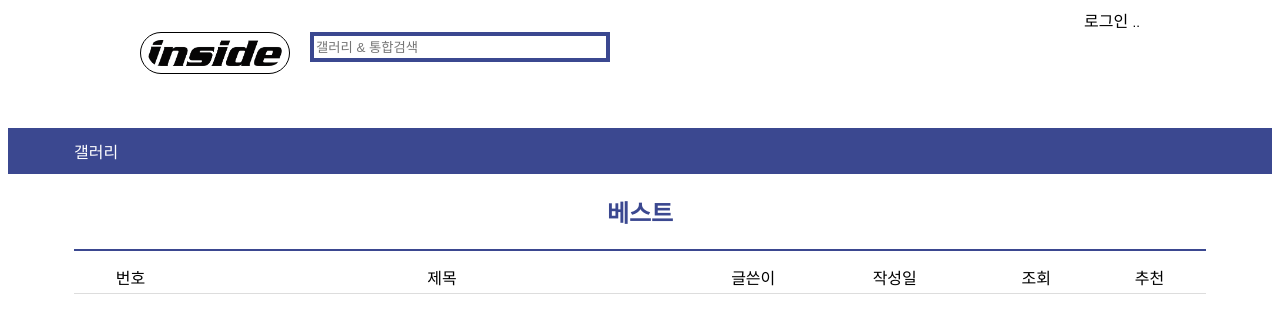
Repository: inhoo123/backup
Page: http://localhost/community-inside/index
The author's editor kept a copy of each file at every save. The page is drawn from the files as they stood at one save, then again after the next save.
The browser window is 1280 px wide. The pictures show the whole page.
Some web fonts or font styles are not loaded; a fallback is used. The page is served by Tomcat 10. Other server files are loaded and not shown.

Above is the page before, as saved 2024-06-27 02:30:27.

### web-workspace/community-inside/src/main/webapp/WEB-INF/view/index.jsp
<%@ page language="java" contentType="text/html; charset=UTF-8"
	pageEncoding="UTF-8"%>
<%@ page trimDirectiveWhitespaces="true"%>
<%@ taglib prefix="c" uri="http://java.sun.com/jsp/jstl/core"%>
<!DOCTYPE html>
<html>
<head>
<meta charset="UTF-8">
<title>${category}갤러리</title>
<link rel="stylesheet"
	href="${pageContext.servletContext.contextPath }/css/style.css?<%=System.currentTimeMillis() %>" />
</head>
<body>

	<%@ include file="/WEB-INF/view/common/header.jsp"%>
	<div class="container px-1"></div>
	<div class="container px-1">
		<div style="text-align: center;">
			<h2 style="color: #3b4890; font-weight: 700;">베스트</h2>
			<div style="margin-top: 10px; text-align: right;">


			</div>
			<table class="default-table">
				<thead>
					<tr class="border-bottom">
					<hr width = "100%" color = "#3b4890" size = "2">
						<th style="width: 10%">번호</th>
						<th>제목</th>
						<th style="width: 10%">글쓴이</th>
						<th style="width: 15%">작성일</th>
						<th style="width: 10%">조회</th>
						<th style="width: 10%">추천</th>

					</tr>
				</thead>
				<tbody>
					<div>
						<c:forEach items="${post}" var="one" >
							<tr style="border-bottom: 1px solid #ddd; height: 30px;">


								<td><a
									href="${pageContext.servletContext.contextPath }/posts/view?no=${one.no}"
									class="no-deco-link">${one.no } </a></td>
								<td><a
									href="${pageContext.servletContext.contextPath }/posts/view?no=${one.no}"
									class="no-deco-link">${one.title } </a></td>
								<td class="text-center">${one.writerId}</td>
								<td class="text-center">${one.writedAt}</td>
								<td class="text-center">${one.viewCount}</td>
								<td class="text-center">${one.likes}</td>


							</tr>
						</c:forEach>
					</div>
				</tbody>

			</table>
			<div style="text-align: center; margin-top: 30px">
				<c:forEach begin="1" end="${totalPages }" var="i">
					<c:choose>
						<c:when test="${i == currentPage }">
							<b style="color: red">${i }</b>
						</c:when>
						<c:otherwise>
							<a
								href="${pageContext.servletContext.contextPath }/index?p=${i}">${i }</a>
						</c:otherwise>
					</c:choose>
				</c:forEach>
			</div>

		</div>
	</div>

</body>
</html>

### web-workspace/community-inside/src/main/webapp/WEB-INF/view/common/header.jsp
<%@ page language="java" contentType="text/html; charset=UTF-8"
	pageEncoding="UTF-8"%>
<%@ taglib prefix="c" uri="http://java.sun.com/jsp/jstl/core"%>

<div class="dchead">

	<!-- links -->
	<div style="display: flex; justify-content: flex-end; gap: 2px;">
		<c:choose>
			<c:when test="${sessionScope.authUser == null }">
				<div>
					<a href="${pageContext.servletContext.contextPath }/login"
						>로그인 <small>..</small></a>
				</div>
			</c:when>
			<c:otherwise>
				<div>
					<a href="${pageContext.servletContext.contextPath }/login"
						> ${sessionScope.authUser.name }님 </a> <a
						href="${pageContext.servletContext.contextPath }/login"
						> 로그아웃</a>
				</div>
			</c:otherwise>
		</c:choose>
	</div>
	<!-- logo & searchbar -->
	<div
		style="display: flex;  gap: 20px;">

		<a href="${pageContext.servletContext.contextPath }/index"> <img
			src="${pageContext.servletContext.contextPath }/image/inside.png"
			style="border: 1px solid black; padding: 7px; width: 150px; background-color: white; border-radius: 32px;" />
		</a>
		<div >
					<form action="${pageContext.servletContext.contextPath }/search/view">
						<input class="search" type="text" placeholder="갤러리 & 통합검색" name="q"
							style="width: 300px;" value="${param.q }" />
					</form>
		</div>


	</div>
</div>
<!-- 네비게이션 -->
<div class="gnb_bar">
<div class="container px-1">
<div style="text-align: left;">
	<a href="${pageContext.servletContext.contextPath }/list"
		><span style="color:white;  font-weight: 550;">갤러리</span></a>
		</div>
		</div>
</div>

### web-workspace/community-inside/src/main/java/controller/IndexController.java
package controller;

import java.io.IOException;

import jakarta.servlet.ServletException;
import jakarta.servlet.annotation.WebServlet;
import jakarta.servlet.http.HttpServlet;
import jakarta.servlet.http.HttpServletRequest;
import jakarta.servlet.http.HttpServletResponse;
import model.dao.PostDao;
import model.vo.Post;

@WebServlet("/index")
public class IndexController extends HttpServlet {
	@Override
	protected void doGet(HttpServletRequest request, HttpServletResponse response)
			throws ServletException, IOException {

		try {
			// =======================카테고리=======================================

//			PostDao postDao = new PostDao();
//			Post categorys = (Post) postDao.findByCategroyPosts(category);
//			request.setAttribute("categorys", categorys);
//			// =======================================================================
				request.getRequestDispatcher("/WEB-INF/view/index.jsp").forward(request, response);


		} catch (Exception e) {
			e.printStackTrace();
		}
	}
}

### web-workspace/community-inside/src/main/webapp/css/style.css
@charset "UTF-8";

@import
	url('https://fonts.googleapis.com/css2?family=Nanum+Gothic&display=swap');

* {
	font-family: "Nanum Gothic", sans-serif;
  font-weight: 400;
  font-style: normal;
  box-sizing: border-box;
}

h1, h2, h3, h4, h5, h6 {
	font-weight: lighter;
}

.gnb_bar2 {
    position: relative;
    min-width: 1050px;
    background-color: #3b4890;
    border: 1px solid #3b4890;
    border-width: 1px 0 1px 0;
    padding: 10px;
}

.top{
	padding-top:100px;

}

.aa{
    font-size: 12px;
    font-family: -apple-system,BlinkMacSystemFont,"Apple SD Gothic Neo","Malgun Gothic","맑은 고딕",arial,Dotum,돋움,sans-serif;
    margin: 0;
    padding: 0;
    vertical-align: baseline;
    background: transparent;
    font-style: normal;
    position: relative;
    min-width: 1050px;
    background-color: #3b4890;
    border: 1px solid #3b4890;
    border-width: 1px 0 1px 0;
}
.gnb_bar {
    position: relative;
    min-width: 1050px;
    background-color: #3b4890;
    border: 1px solid #3b4890;
    border-width: 1px 0 1px 0;
    padding: 10px;
}

center{
	margin: 0 auto;

}


.search{
	height: 30px;
	width: 400px;
	border: 4px solid #3b4890;
	background: #ffffff;
}



.dc_logo {
    overflow: hidden;
    position: absolute;
    top: 20px;
    left: -43px;
    text-align: center;
}
.dchead {
    position: relative;
    width: 1000px;
    height: 120px;
    margin: 0 auto;
}

body {
	min-width: 960px;
}

.no-deco-link {
	color: #444;
	text-decoration: none;
}

.fs-small {
	font-size: 0.8rem;
}

.fs-large {
	font-size: 1.2rem;
}

.srch-bar {
	padding: 12px;
	border-radius: 12px;
	font-size: 1.1rem;
	width: 480px;
}

.login-input {
	padding: 16px;
	border: 1px solid #ddd;
	width: 100%;
	box-sizing: border-box;
	font-size: 1.25rem;
	border-radius: 20px;
}

/* table css ======================================== */
.default-table {
	border-collapse: collapse;
	width: 100%;
	margin-top:10px;
}
.border-bottom {
	border-bottom: 1px solid #ddd;
}
.default-table td, .default-table th {
	padding : 4px;
}
.text-center {
	text-align: center;
}



a {
	text-decoration: none;
}

input:focus {
	outline: none;
}

textare:focus, textarea:active {
	outline: none;
}

button:hover {
	background-color: #ddd;
	cursor: pointer;
}

button:active {
	background-color: #ccc;
	cursor: pointer;
}

/* 영역 사이즈 클래스 */
.container {
	width: 1140px;
	margin: auto;
}
.container2 {
	width: 1500px;
	margin: auto;
}

.wrap-md {
	width: 720px;
	margin: auto;
}

.wrap-sm {
	width: 540px;
	margin: auto;
}

.wrap-x-sm {
	width: 360px;
	margin: auto;
}

.d-flex {
	display: flex;
}

.space-between {
	justify-content: space-between;
}

/* 컴포넌트 너비 클래스 */
.w-50 {
	width: 50%;
}

.w-100 {
	width: 100%;
}
/* 컴포넌트 테두리 클래스 */
.border {
	border: 1px solid #999;
}

.border-rounded {
	border: 1px solid #999;
	border-radius: 4px;
}

/* 글씨 정렬 클래스 */
.text-left {
	text-align: left;
}

.text-center {
	text-align: center;
}

.text-right {
	text-align: right;
}

/* 글씨 색상 클래스 */
.warning {
	color: orangered;
}

.info {
	color: limegreen;
}


/* 뱃지 클래스 */
.badge-info {
	background-color:  limegreen;
	color: white;
	padding : 4px 8px;
	border-radius: 4px;
}
.badge-warning {
	background-color:  orangered;
	color: white;
	padding : 4px 8px;
	border-radius: 4px;
}
.badge-dark {
	background-color:  #333333;
	color: white;
	padding : 4px 8px;
	border-radius: 4px;
}


.fs-1 {
	font-size: 2rem;
}

.fs-2 {
	font-size: 1.5rem;
}

.fs-3 {
	font-size: 1.17rem;
}

.fs-4 {
	font-size: 1.0rem;
}

.fs-5 {
	font-size: 0.8rem;
}

.fs-6 {
	font-size: 0.65rem;
}
/* 글씨 색상 */

/* 기본 패딩 클래스 */
.p-1 {
	padding: 4px;
}

.p-2 {
	padding: 8px;
}

.p-3 {
	padding: 12px;
}

.p-4 {
	padding: 16px;
}

.p-5 {
	padding: 20px;
}

.px-1 {
	padding-left: 4px;
	padding-right: 4px;
}

.px-2 {
	padding-left: 8px;
	padding-right: 8px;
}

.px-3 {
	padding-left: 12px;
	padding-right: 12px;
}

.px-4 {
	padding-left: 16px;
	padding-right: 16px;
}

.px-5 {
	padding-left: 20px;
	padding-right: 20px;
}

/* 기본 마진 클래스 */
.mx-1 {
	margin: auto 4px;
}

.mx-2 {
	margin: auto 8px;
}

.mx-3 {
	margin: auto 12px;
}

.mx-4 {
	margin: auto 16px;
}

.mx-5 {
	margin: auto 20px;
}

.my-1 {
	margin: 4px auto;
}

.my-2 {
	margin: 8px auto;
}

.my-3 {
	margin: 12px auto;
}

.my-4 {
	margin: 16px auto;
}

.my-5 {
	margin: 20px auto;
}
/*
.item {
	box-shadow: 1px 2px 4px 1px #888888;
}
*/
.item:hover {
	background-color: #eee;
}

a {
	text-decoration: none;
	color: black;
}
.search {
  position: relative;
  width: 300px;
}

h1, h2, h3, h4, h5, h6 {
	font-weight: lighter;
}

body {
	min-width: 960px;
}

.no-deco-link {
	color: #444;
	text-decoration: none;
}

.fs-small {
	font-size: 0.8rem;
}

.fs-large {
	font-size: 1.2rem;
}

.srch-bar {
	padding: 12px;
	border-radius: 12px;
	font-size: 1.1rem;
	width: 480px;
}

.login-input {
	padding: 16px;
	border: 1px solid #ddd;
	width: 100%;
	box-sizing: border-box;
	font-size: 1.25rem;

}

.login-input2 {
	padding: 16px;
	border: 1px solid #ddd;
	background-color: #3b4890;
	width: 100%;
	box-sizing: border-box;
	font-size: 1.25rem;
	color:white;
}


/* table css ======================================== */
.default-table {
	border-collapse: collapse;
	width: 100%;
	margin-top:10px;
}
.border-bottom {
	border-bottom: 1px solid #ddd;
}
.default-table td, .default-table th {
	padding : 4px;
}
.text-center {
	text-align: center;
}

After the next save:
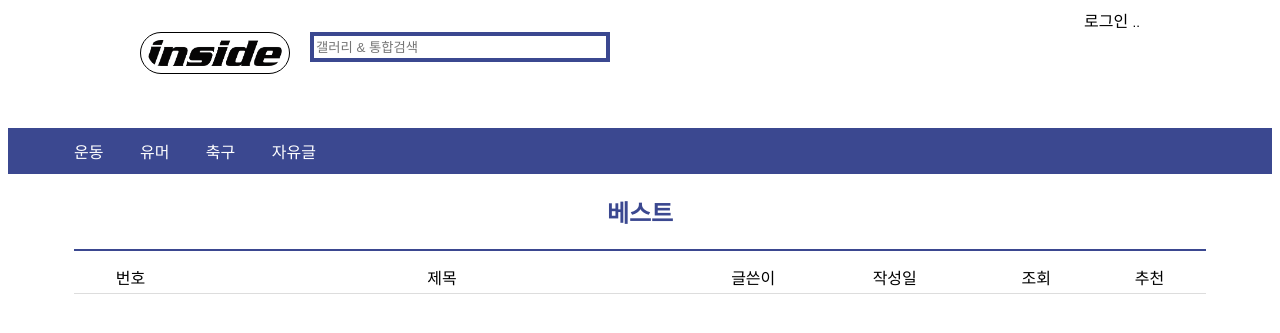
Saved 15 s later.
--- a/web-workspace/community-inside/src/main/webapp/WEB-INF/view/common/header.jsp
+++ b/web-workspace/community-inside/src/main/webapp/WEB-INF/view/common/header.jsp
@@ -41,12 +41,24 @@
 
 	</div>
 </div>
-<!-- 네비게이션 -->
 <div class="gnb_bar">
 <div class="container px-1">
 <div style="text-align: left;">
 	<a href="${pageContext.servletContext.contextPath }/list"
-		><span style="color:white;  font-weight: 550;">갤러리</span></a>
+		><span style="color:white;  font-weight: 550;">운동</span></a>
+
+
+		<a href="${pageContext.servletContext.contextPath }/list"
+		><span style="color:white;  font-weight: 550;">&emsp;&emsp;유머</span></a>
+
+
+		<a href="${pageContext.servletContext.contextPath }/list"
+		><span style="color:white;  font-weight: 550;">&emsp;&emsp;축구</span></a>
+
+
+		<a href="${pageContext.servletContext.contextPath }/list"
+		><span style="color:white;  font-weight: 550;">&emsp;&emsp;자유글</span></a>
 		</div>
 		</div>
 </div>
+<!-- 네비게이션 -->
